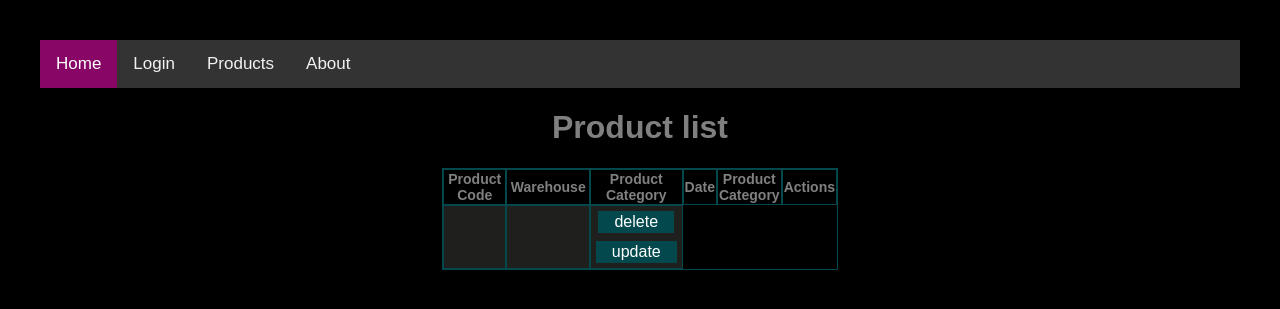
Repository: chaimakr/lab3-microservices-architecture
Page: http://localhost/
The author's editor kept a copy of each file at every save. The page is drawn from the files as they stood at one save, then again after the next save.
The browser window is 1280 px wide. The pictures show the whole page.
The page is served by the project's application, run on Flask 3 (UI/app.py).

Above is the page before, as saved 2022-05-29 15:17:17.

After the next save:
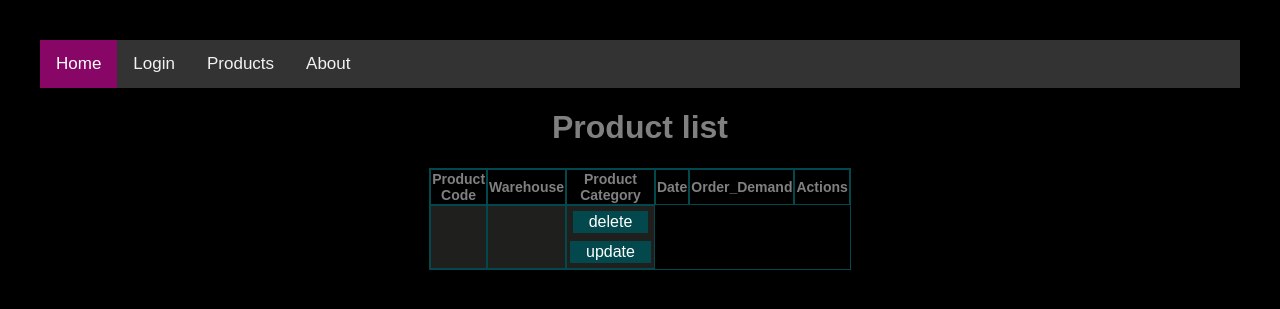
Saved 9 s later.
--- a/UI/templates/index.html
+++ b/UI/templates/index.html
@@ -12,7 +12,7 @@
             <th>Warehouse</th>
             <th>Product Category</th>
             <th>Date</th>
-            <th>Product Category</th>
+            <th>Order_Demand</th>
             <th>Actions</th>
         </tr>
         <tr>
